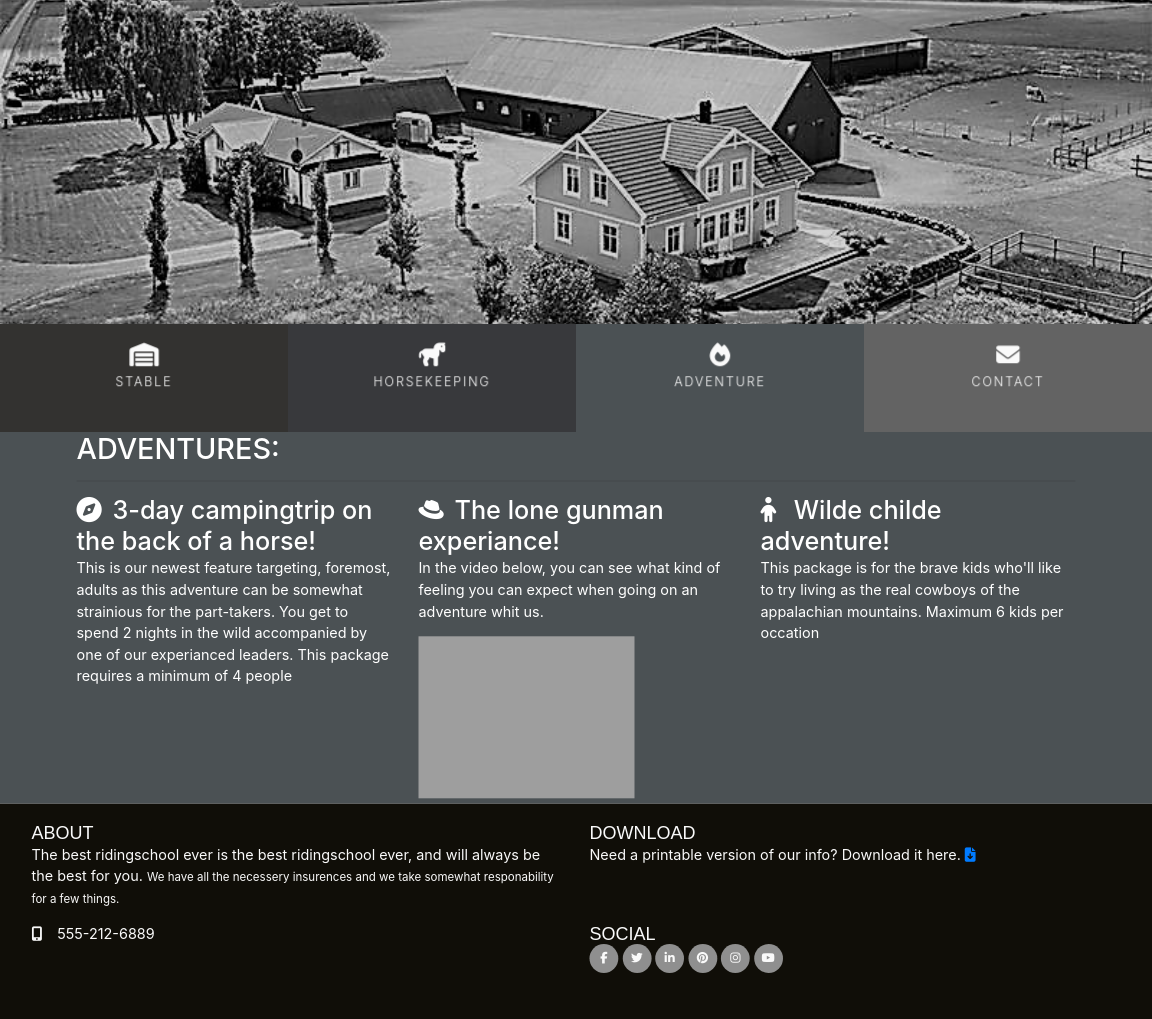
Repository: Jadehammar/frontendmilestone
Page: adventure.html
The author's editor kept a record of every edit. The page is drawn from the files as they stood at one moment, then again after the next edit.
The browser window is 1280 px wide. The pictures show the whole page, at 90% of full size.
Pictures or frames that could not be fetched are drawn as grey boxes. Backgrounds fixed to the window are drawn as part of the page. Some web libraries are served in a nearby version.

Above is the page before.

### adventure.html
<!DOCTYPE html>
<html lang="en">

<head>
    <meta charset="UTF-8">
    <meta name="viewport" content="width=device-width, initial-scale=1.0">
    <meta http-equiv="X-UA-Compatible" content="ie=edge">
    <link rel="stylesheet" href="https://stackpath.bootstrapcdn.com/font-awesome/4.7.0/css/font-awesome.min.css" type="text/css" />
    <link rel="stylesheet" href="https://cdnjs.cloudflare.com/ajax/libs/hover.css/2.3.1/css/hover-min.css" type="text/css" />
    <link rel="stylesheet" href="https://stackpath.bootstrapcdn.com/bootstrap/4.3.1/css/bootstrap.min.css" type="text/css" />
    <link rel="stylesheet" href="assets/css/style.css" type="text/css" />
    <title>Ridingschool, Adventure</title>
</head>

<body>
    <header>
        <div class="row no-gutters">
            <a href="adventure.html" class="col-12 logo"></a>
            <div class="col-md-12">
                <div class="row no-gutters">
                    <div class="col">
                        <ul id="nav" class="list-inline menucontainer">
                            <li class="col-6 col-sm-3 ui-menue-color-home list-inline-item menueitem">
                                <a href="stable.html" class="hvr-bounce-to-bottom"><i class="fa fa-warehouse" aria-hidden="true"></i><span>Stable</span></a>
                            </li>
                            <li class="col-6 col-sm-3 ui-menue-color-resume list-inline-item menueitem">
                                <a href="horsekeeping.html" class="hvr-bounce-to-bottom"><i class="fa fa-horse" aria-hidden="true"></i><span>Horsekeeping</span></a>
                            </li>
                            <li class="col-6 col-sm-3 ui-menue-color-contact list-inline-item menueitem">
                                <a href="adventure.html" class="hvr-bounce-to-bottom"><i class="fa fa-fire" aria-hidden="true"></i><span>Adventure</span></a>
                            </li>
                            <li class="col-6 col-sm-3 ui-menue-color-download list-inline-item menueitem">
                                <a href="contact.html" class="hvr-bounce-to-bottom"><i class="fa fa-envelope" aria-hidden="true"></i><span>contact</span></a>
                            </li>

                        </ul>
                    </div>
                </div>
            </div>
        </div>
    </header>
    <div class="container-wrapper container-wrapper--red">
        <div class="container features-container content-container">
            <section class="features">
                <div class="row">
                    <div class="col-12 page-header">
                        <h2 class="text-uppercase">Adventures:</h2>
                        <hr class="block-divider block-divider--short block-divider--white">
                    </div>
                </div>
                <div class="row">
                    <div class="col-12 col-md-6 col-lg-4">
                        <div class="feature">
                            <h3><i class="fas fa-compass" style="padding-right: 12px;">
                            </i>3-day campingtrip on the back of a horse!</h3>
                            <p>This is our newest feature targeting, foremost, adults as this adventure can be somewhat strainious for the part-takers. You get to spend 2 nights in the wild accompanied by one of our experianced leaders. This package requires
                                a minimum of 4 people</p>
                        </div>
                    </div>
                    <div class="col-12 col-md-6 col-lg-4">
                        <div class="feature">
                            <h3><i class="fab fa-redhat" style="padding-right: 12px;">
                            </i>The lone gunman experiance!</h3>
                            <p>In the video below, you can see what kind of feeling you can expect when going on an adventure whit us.</p>
                            <iframe width="240" height="180" src="https://www.youtube.com/embed/er0UOip1uV8" frameborder="0" allow="accelerometer; autoplay; encrypted-media; gyroscope; picture-in-picture" allowfullscreen></iframe>
                        </div>
                    </div>
                    <div class="col-12 d-md-none d-lg-block col-lg-4">
                        <div class="feature">
                            <h3><i class="fas fa-child" style="padding-right: 12px;"></i> Wilde childe adventure!</h3>
                            <p>This package is for the brave kids who'll like to try living as the real cowboys of the appalachian mountains. Maximum 6 kids per occation</p>
                        </div>
                    </div>
                </div>
            </section>
        </div>
    </div>
    <footer class="container-fluid">
        <div id="footer-details" class="row">
            <div class="col-sm-6">
                <h5 class="uppercase general-sub">About</h5>
                <p class="inline-block">
                    The best ridingschool ever is the best ridingschool ever, and will always be the best for you.
                    <small>We have all the necessery insurences and we take somewhat responability for a few things.</small>
                </p>
            </div>
            <div class="col-sm-6">
                <h5 class="uppercase general-sub">Download</h5>
                <p class="inline-block">
                    Need a printable version of our info? Download it here.
                    <a href="assets/info.pdf" taraget="_blank" class="info-pdf">
                        <i class="fas fa-file-download" aria-hidden="true"></i>
                        <span class="sr-only">Download link.</span>
                    </a>
                </p>
            </div>
            <div class="col-sm-6">
                <i class="fa fa-mobile" aria-hidden="true" style="padding-right: 12px;"></i>
                <p class="inline-block"> 555-212-6889
                    <span class="sr-only">Phone.</span>
                    </a>
                </p>
            </div>
           <div class="col-sm-4">
                <h5 class="uppercase general-sub">social</h5>
                <ul class="list-inline social-links">
                    <li class="list-inline-item">
                        <a target="_blank" href="#">
                            <i class="fab fa-facebook-f" aria-hidden="true"></i>
                            <span class="sr-only">Facebook</span>
                        </a>
                    </li>
                    <li class="list-inline-item">
                        <a target="_blank" href="#">
                            <i class="fab fa-twitter" aria-hidden="true"></i>
                            <span class="sr-only">Twitter</span>
                        </a>
                    </li>
                    <li class="list-inline-item">
                        <a target="_blank" href="#">
                            <i class="fab fa-linkedin-in" aria-hidden="true"></i>
                            <span class="sr-only">LinkedIn</span>
                        </a>
                    </li>
                    <li class="list-inline-item">
                        <a target="_blank" href="#">
                            <i class="fab fa-pinterest" aria-hidden="true"></i>
                            <span class="sr-only">Pinterest</span>
                        </a>
                    </li>
                    <li class="list-inline-item">
                        <a target="_blank" href="#">
                            <i class="fab fa-instagram" aria-hidden="true"></i>
                            <span class="sr-only">Instagram</span>
                        </a>
                    </li>
                    <li class="list-inline-item">
                        <a target="_blank" href="#">
                            <i class="fab fa-youtube" aria-hidden="true"></i>
                            <span class="sr-only">YouTube</span>
                        </a>
                    </li>
                </ul>
            </div>
        </div>
    </footer>
    <script src="https://kit.fontawesome.com/d636ceede3.js"></script>
</body>

</html>

### assets/css/style.css
@import url('https://fonts.googleapis.com/css?family=Roboto:100,200,300,400,500,600,700│exo:100,200,300,400,500,600,700');

/*---------------------------------------------color-------------------------------------*/

.container-wrapper--red {
    background-color: #4b5154;
    color: white;
}

.feature {
    color: #fff;
}

.bg-color-name-title {
    background-color: #676767;
}

.bg-color-three-reasons {
    background-color: #333230;
    color: #fff;
    font-weight: 100;
}

.bg-color-personal-info {
    background-color: #f4f4f4;
}

.ui-menue-color-home {
    background-color: #333230;

}

.ui-menue-color-resume {
    background-color: #38393c;

}

.ui-menue-color-contact {
    background-color: #4b5154;

}

.ui-menue-color-download {
    background-color: #4e4e4ee0;

}

.bg-color-work-history {
    background-color: #646464;
}

.bg-color-contact {
    background-color: #646464;

}

/*---------------------------------------------Special padding/margins/text-------------------------------------*/

h1,
h2,
h3,
h4,
h5 {
    margin: 0;
}

.uppercase {
    text-transform: uppercase;
    color: #fff;
}

.general-sub {
    font-family: "Exo", sans-serif;
    font-weight: 200;
    color: #fafafa;
}

.inline-block {
    display: inline-block;
}

.row-table {
    display: table;
}

.section-column {
    display: table-cell;
    padding: 0 30px 30px;
    float: none;
}

.history-heading,
.section-heading {
    font-family: "Exo", sans-serif;
    font-weight: 200;
    margin-bottom: 40px;
    margin-top: 25px;
}

/*---------------------------------------------Heading-------------------------------------*/

header {
    margin: 0;
}

.heading {
    margin-left: 50px;

}

.logo-stable {
    background:  url("../images/gård på avstånd.jpg")
}

.logo {
    background: url("../images/Varberg-intro-800x418_bw.jpg.jpg") no-repeat bottom right fixed;
    background-position: center;
    background-repeat: no-repeat;
    background-size: cover;
    min-height: 360px;
    transition: all .75s ease-in-out;
    -moz-transition: all .75s ease-in-out;
    -webkit-transition: all .75s ease-in-out;
    -o-transition: all .75s ease-in-out;
}

.name {
    font-family: "Exo" sans-serif;
    font-weight: 100;
    font-size: 46px;
    margin-top: 50px;
    color: #fff;
}

.title {
    font-family: "Roboto" sans-serif;
    font-weight: 200;
    font-size: 28px;
    margin-top: 20px;
    margin-bottom: 90px;
    color: #fff;
}

.list-inline-item:not(:last-child) {
    margin: 0;
}

.menucontainer {
    font-size: 0;
}

#nav li {
    font-size: 14px;
    padding: 0;
}

#nav {
    margin: 0;
}

.menueitem {
    height: 120px;
    text-align: center;
    padding: 0;
}

.menueitem a {
    width: 100%;
    text-decoration: none;
    color: #fff;
    height: 120px;
}

.menueitem a i {
    padding-top: 22px;
    display: block;
    color: #fafafa;
    font-size: 26px;
}

.menueitem span {
    display: block;
    width: 100%;
    padding-top: 5px;
    text-align: center;
    text-transform: uppercase;
    font-size: 14px;
    font-weight: 300;
    letter-spacing: 2px;
}


/*---------------------------------------------Hover.css-------------------------------------*/

.hvr-bounce-to-bottom:before {
    background: rgba(0, 0, 0, 0.2);
    height: 120px;
}

/*---------------------------------------------Footer-------------------------------------*/

footer {
    background-color: #100e08;
    color: #fafafa;
    min-height: 120px;
    margin: 0;
}

.cv-pdf i {
    font-size: 18px;
    color: #fafafa;
    text-align: center;
    padding-left: 5px;
    transition: all 0.35s ease-in-out;
    -moz-transition: all 0.35s ease-in-out;
    -webkit-transition: all 0.35s ease-in-out;
    -o-transition: all 0.35 ease-in-out;
}

.cv-pdf i:hover {
    color: #e84160;
    font-size: 19px;
}

.social-links {
    padding-bottom: 15px;
}


.social-links li a i {
    width: 32px;
    height: 32px;
    padding: 12px 0;
    border-radius: 50%;
    font-size: 13px;
    line-height: 7px;
    text-align: center;
    color: #fafafa;
    background: #8f8f8f;
    transition: all 0.35s ease-in-out;
    -moz-transition: all 0.35s ease-in-out;
    -webkit-transition: all 0.35s ease-in-out;
    -o-transition: all 0.35 ease-in-out;
}

.social-links li a i:hover {
    background: #e84610;
}

#footer-details {
    padding: 20px;
}

/*---------------------------------------------Three reasons-------------------------------------*/

.three-reasons-icon {
    font-size: 26px;
    color: #e67e22;
}

.three-reasons-heading {
    margin-bottom: 15px;
}

/*---------------------------------------------Personal info-------------------------------------*/

.personal-info-item {
    margin-bottom: 20px;
    display: block;
    clear: both;

}

.personal-info-item .key,
.personal-info-item .value {
    padding-right: 8px;
    display: inline-block;
}

.personal-info-item .key p,
.personal-info-item .value p {
    margin: 0;
}

.personal-info-item .key {
    width: 30%;
    margin-right: 21px;
    padding-top: 2px;
    vertical-align: top;

}

.personal-info-item .key p {
    font-weight: 700;
}

.personal-info-item .value {
    position: relative;
    width: 60%;

}

/*---------------------------------------------Contact-form-------------------------------------*/

.contact-heading {
    font-family: "Exo", sans-serif;
    font-weight: 300;
    margin-top: 25px;
    margin-bottom: 20px;
    color: #fff;
}

.center-form {
    padding-top: 10px;
    margin: 0 auto;
    max-width: 70%;
}

button [type="submit"] {
    margin: 20px 20px 20px 20px;
    background-color: #e84610;
}

.btn-secondary {
    margin: 20px;
    background-color: #363a3e;
    border-color: #6a6a6b;
}


/*---------------------------------------------Media-query-------------------------------------*/

@media(min-width: 992px) {
    .center-form {
        padding-top: 30px;
        min-height: 240;
        margin: 0 auto;
        max-width: 50%;
    }
}

After the next edit:
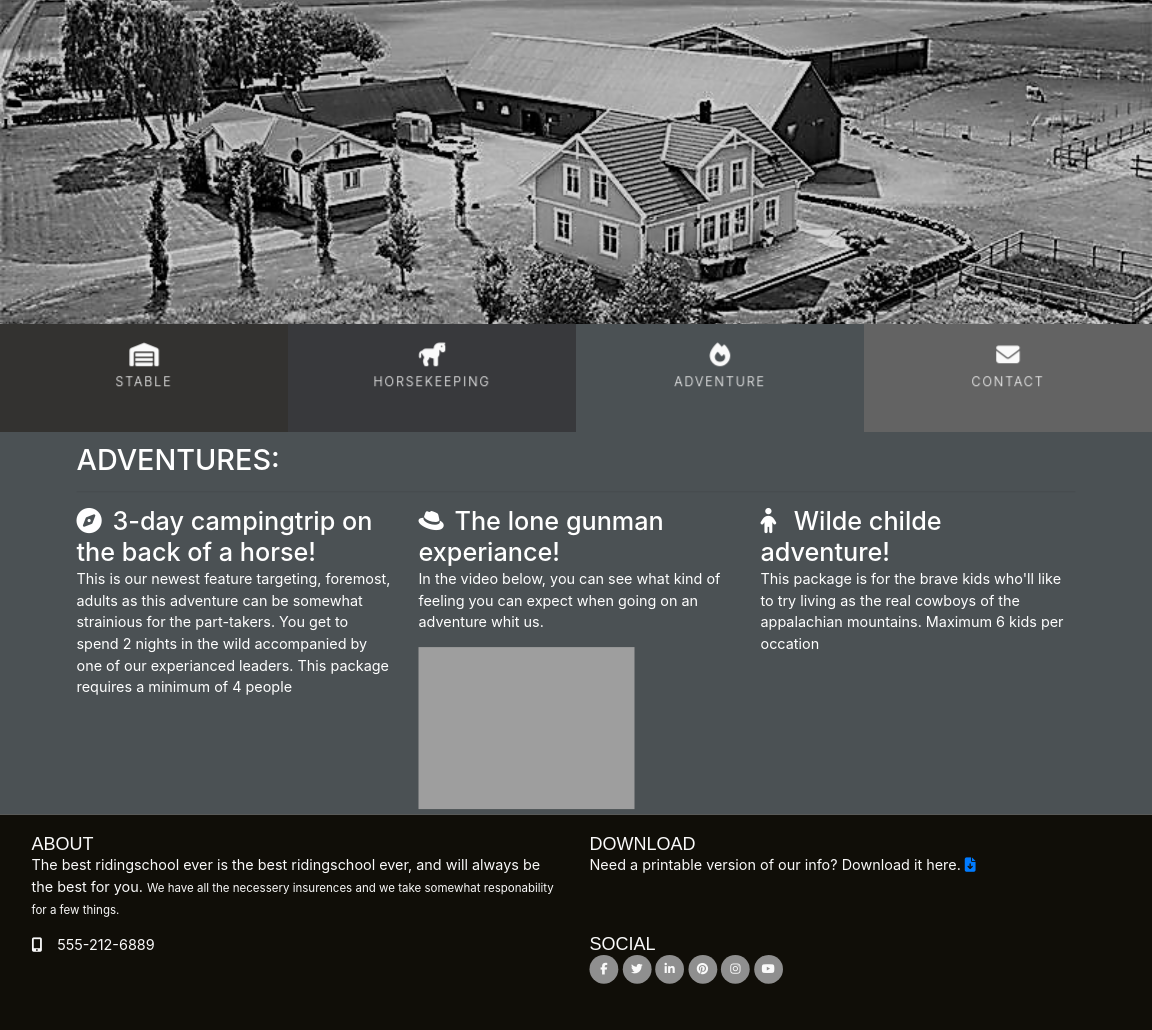
The edit:
--- a/adventure.html
+++ b/adventure.html
@@ -44,7 +44,7 @@
             <section class="features">
                 <div class="row">
                     <div class="col-12 page-header">
-                        <h2 class="text-uppercase">Adventures:</h2>
+                        <h2 class="text-uppercase" style="padding-top: 12px;">Adventures:</h2>
                         <hr class="block-divider block-divider--short block-divider--white">
                     </div>
                 </div>
@@ -101,7 +101,7 @@
                     </a>
                 </p>
             </div>
-           <div class="col-sm-4">
+            <div class="col-sm-4">
                 <h5 class="uppercase general-sub">social</h5>
                 <ul class="list-inline social-links">
                     <li class="list-inline-item">
